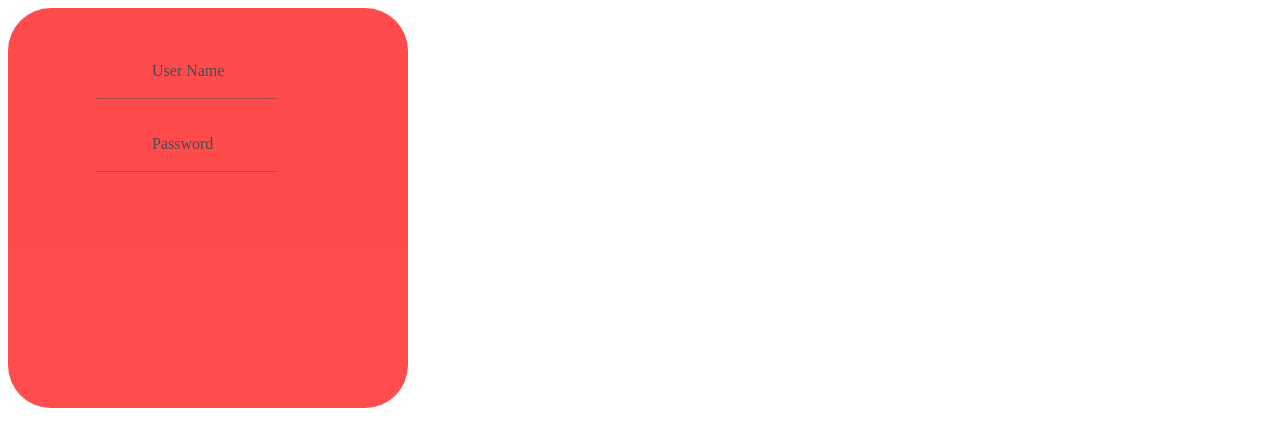
Repository: rkrukshan/Glass_Login_CSS
Page: loginform.html
These files come from the project's save history. The page is drawn as it stood at one moment and after a run of saves; the edit follows.
The browser window is 1280 px wide. The pictures show the whole page.

Above is the page before, as saved 2023-10-02 22:54:45.

### loginform.html
<!DOCTYPE html>
<html lang="en">

<head>
    <style>
        form
        {
            background-color: rgb(255, 0, 0);
            width: 25rem;
            height: 25rem;
            opacity: .7;
            border-radius: 43px;
        }
        input
        {
            opacity: .5;
            border-left: 0;
            border-right: 0;
            border-top: 0;
            border-bottom: 1px solid black;
            margin-left: 5.5rem;
            background-color:transparent;
        }
        label
        {
            color:black;
            margin-left: 9rem;
        }
    </style>
    <meta charset="UTF-8">
    <meta name="viewport" content="width=device-width, initial-scale=1.0">
    <title>Document</title>
</head>

<body>
    <form action="">
        <br><br><br>
        <label class="" for="">User Name</label><br>
        <input type="text" name="" id=""><br><br><br>
        <label class="" for="">Password</label><br>
        <input type="password" name="" id="">
    </form>
</body>

</html>

After the next 2 saves:
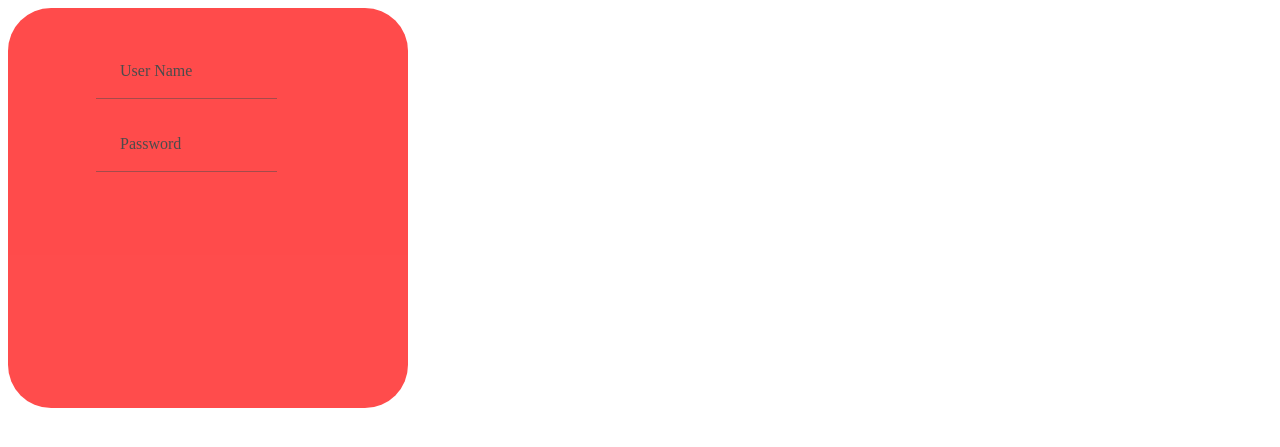
The 2 saves are shown as one change because they came seconds apart.
The last was saved 5 s later.
--- a/loginform.html
+++ b/loginform.html
@@ -24,7 +24,7 @@
         label
         {
             color:black;
-            margin-left: 9rem;
+            margin-left: 7rem;
         }
     </style>
     <meta charset="UTF-8">
